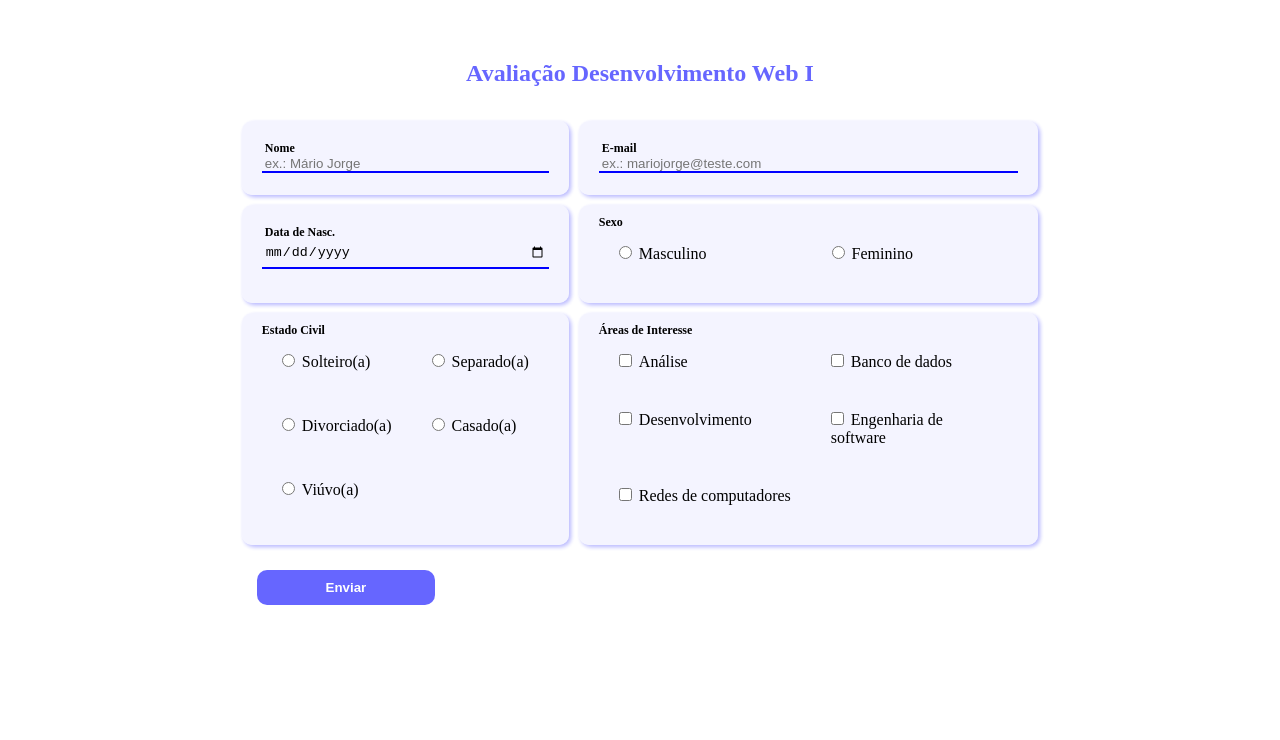
Repository: mjRibeiroTriscal/UVA_Projects
Page: Proj_A1_AVA2_2020_1/index.html
An editor plug-in stored every save of this project. The page is shown before and after the next save, followed by the edit.
The browser window is 1280 px wide. The pictures show the whole page.

Above is the page before, as saved 2020-03-13 14:48:53.

After the next save:
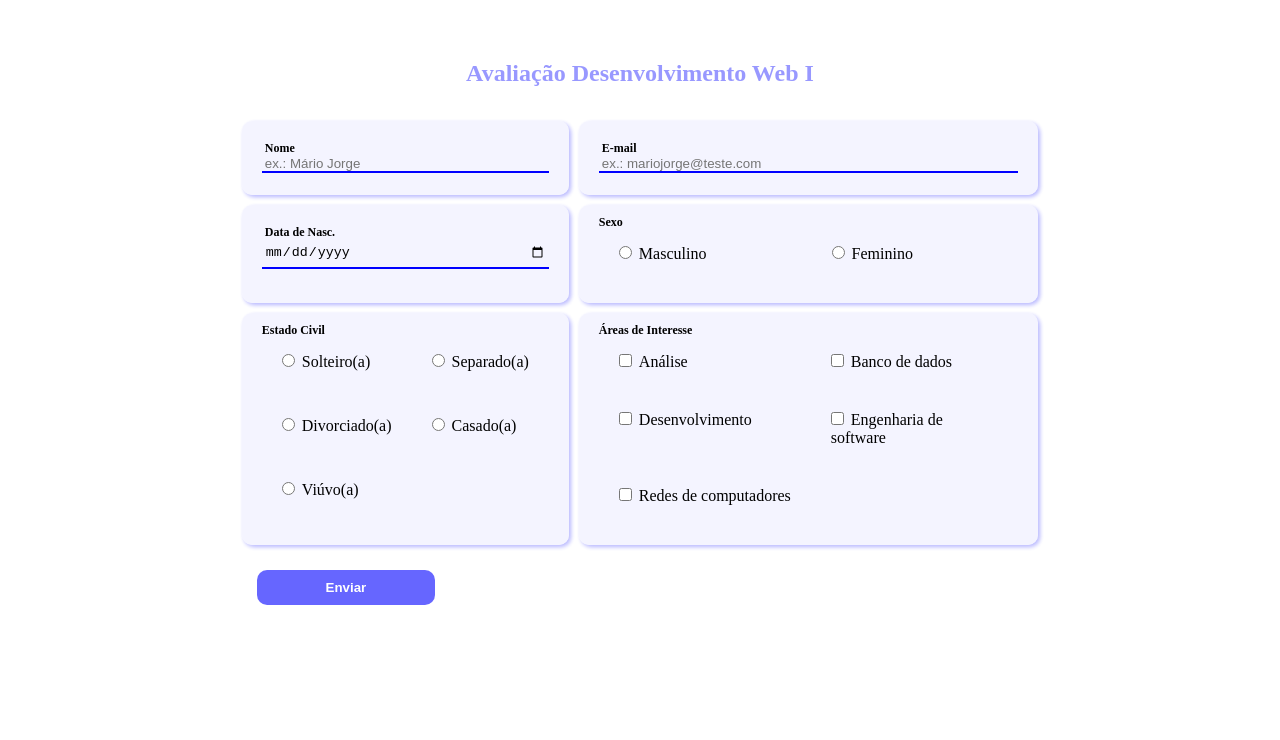
Saved 16 s later.
--- a/Proj_A1_AVA2_2020_1/style.css
+++ b/Proj_A1_AVA2_2020_1/style.css
@@ -24,7 +24,7 @@ body {
 }
 
 header h2 {
-    color: rgba(0, 0, 255, 0.6)
+    color: rgba(50, 50, 255, 0.5)
 }
 
 section {
